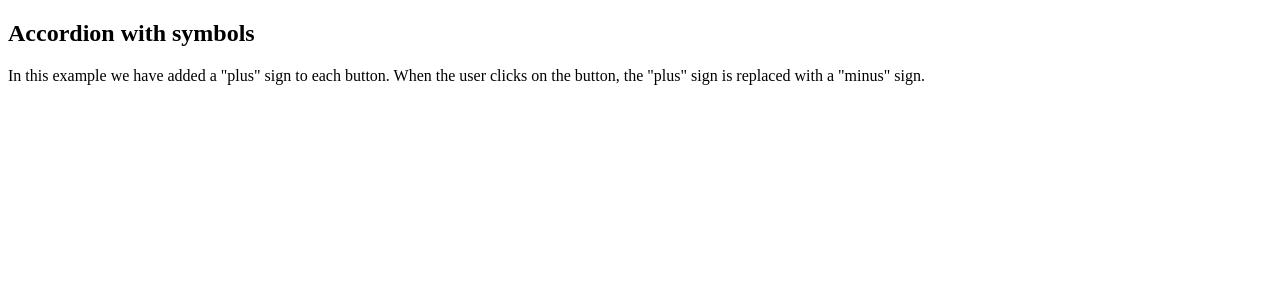
Repository: 16lineEyes/accordion
Page: index.html/index.html
These files come from the project's save history. The page is drawn as it stood at one moment and after a run of saves; the edit follows.
The browser window is 1280 px wide. The pictures show the whole page.

Above is the page before, as saved 2024-07-20 19:43:46.

### index.html/index.html
<!DOCTYPE html>
<html lang="en">
<head>
    <meta charset="UTF-8">
    <meta name="viewport" content="width=device-width, initial-scale=1.0">
    <title>Document</title>
</head>
<body>
    <h2>Accordion with symbols</h2>
<p>In this example we have added a "plus" sign to each button. When the user clicks on the button, the "plus" sign is replaced with a "minus" sign.</p>
<div class="panel">

</div>
</body>
</html>

After the next 2 saves:
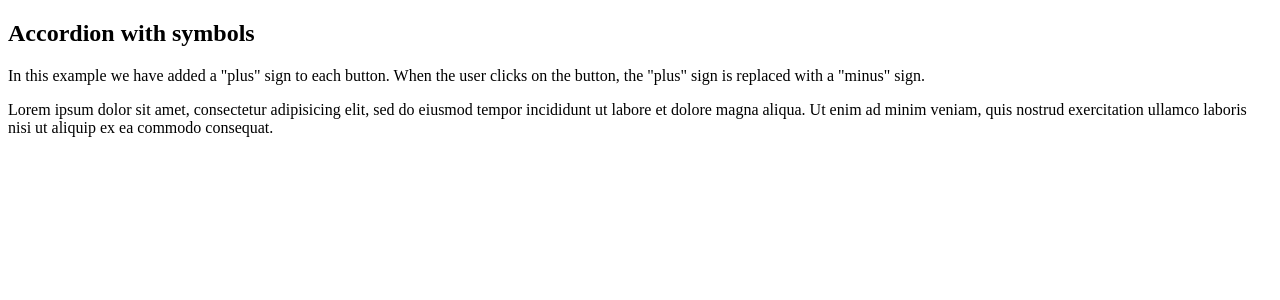
The 2 saves are shown as one change because they came seconds apart.
The last was saved 11 s later.
--- a/index.html/index.html
+++ b/index.html/index.html
@@ -8,8 +8,9 @@
 <body>
     <h2>Accordion with symbols</h2>
 <p>In this example we have added a "plus" sign to each button. When the user clicks on the button, the "plus" sign is replaced with a "minus" sign.</p>
-<div class="panel">
+<div class="panel">  <p>Lorem ipsum dolor sit amet, consectetur adipisicing elit, sed do eiusmod tempor incididunt ut labore et dolore magna aliqua. Ut enim ad minim veniam, quis nostrud exercitation ullamco laboris nisi ut aliquip ex ea commodo consequat.</p>
 
 </div>
+
 </body>
 </html>
